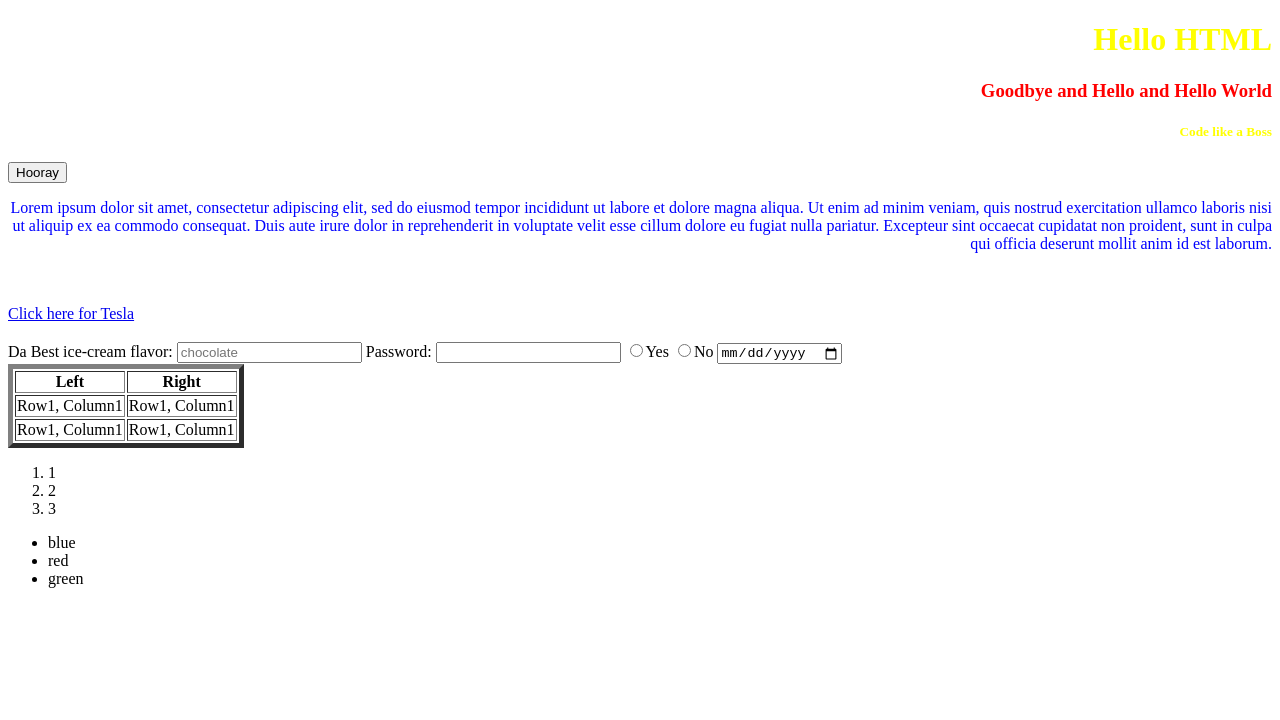
Repository: amilevich/1028PegaUSF
Page: http://localhost/HelloHTML/
The author's editor kept a copy of each file at every save. The page is drawn from the files as they stood at one save, then again after the next save.
The browser window is 1280 px wide. The pictures show the whole page.
The page is served by Tomcat 9.

Above is the page before, as saved 2019-11-21 20:31:01.

### workspace-sts-3.9.4.RELEASE/HelloHTML/src/main/webapp/index.html
<!DOCTYPE html>
<html>
<head>
<meta charset="UTF-8">
<title>Super Amazing Web Page</title>
<link rel="stylesheet" type="text/css" href="style.css"/>
</head>
<body style= "background-color: white">
<div class="headers">
	<h1>Hello HTML</h1>
	<h3 id="hello">Goodbye and Hello and Hello World</h3>
	<h5>Code like a Boss</h5>
</div>
	<button>Hooray</button>

	<!-- span element is for inline elements and is usually used for small chunks of HTML vs div element is block-line and is used to group larger chunks of code -->

	<!-- This is a comment -->

	<p style= "color: blue; text-align: right" >Lorem ipsum dolor sit amet, consectetur adipiscing elit, sed do
		eiusmod tempor incididunt ut labore et dolore magna aliqua. Ut enim ad
		minim veniam, quis nostrud exercitation ullamco laboris nisi ut
		aliquip ex ea commodo consequat. Duis aute irure dolor in
		reprehenderit in voluptate velit esse cillum dolore eu fugiat nulla
		pariatur. Excepteur sint occaecat cupidatat non proident, sunt in
		culpa qui officia deserunt mollit anim id est laborum.</p>

		<img src="">

		<br/>
		<br/>

	<a href="tesla.com">Click here for Tesla</a>

	<br/>
	<br/>

	<form>
	Da Best ice-cream flavor:
	<input type="text" placeholder="chocolate"/>
	Password:
	<input type="password"/>
	<input type="radio"/>Yes
	<input type="radio"/>No
	<input type="date"/>
	</form>

	<table border="5">
	<tr>
		<th>Left</th>
		<th>Right</th>
	</tr>
	<tr>
		<td>Row1, Column1</td>
		<td>Row1, Column1</td>
	</tr>
	<tr>
		<td>Row1, Column1</td>
		<td>Row1, Column1</td>
	</tr>
	</table>

	<ol>
		<li>1</li>
		<li>2</li>
		<li>3</li>
	</ol>

	<ul>
		<li>blue</li>
		<li>red</li>
		<li>green</li>
	</ul>

	<!-- <dl> order from a -> z -->
</body>
</html>

### workspace-sts-3.9.4.RELEASE/HelloHTML/src/main/webapp/style.css
@charset "UTF-8";

.headers{
	color: yellow;
	text-align:right;
}

#hello{
	color:red;
	text-align:right;
}

After the next save:
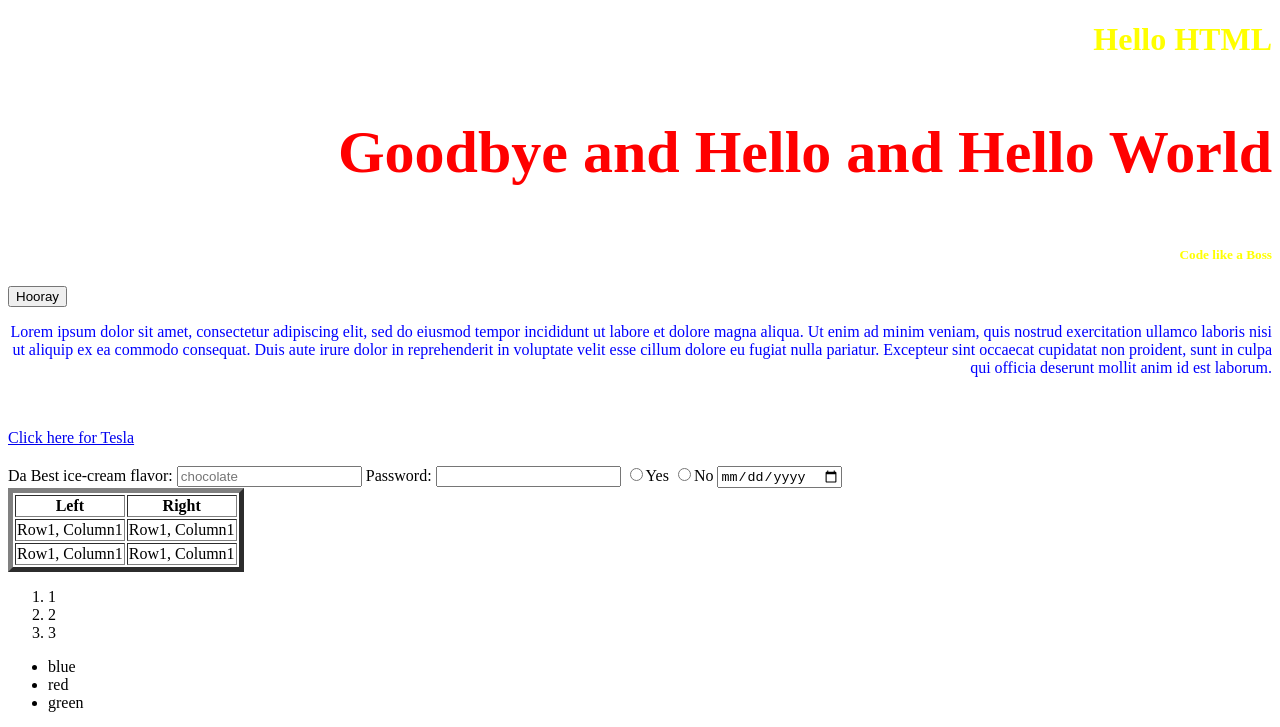
Saved 16 s later.
--- a/workspace-sts-3.9.4.RELEASE/HelloHTML/src/main/webapp/style.css
+++ b/workspace-sts-3.9.4.RELEASE/HelloHTML/src/main/webapp/style.css
@@ -8,4 +8,5 @@
 #hello{
 	color:red;
 	text-align:right;
+	font-size:60px;
 }
